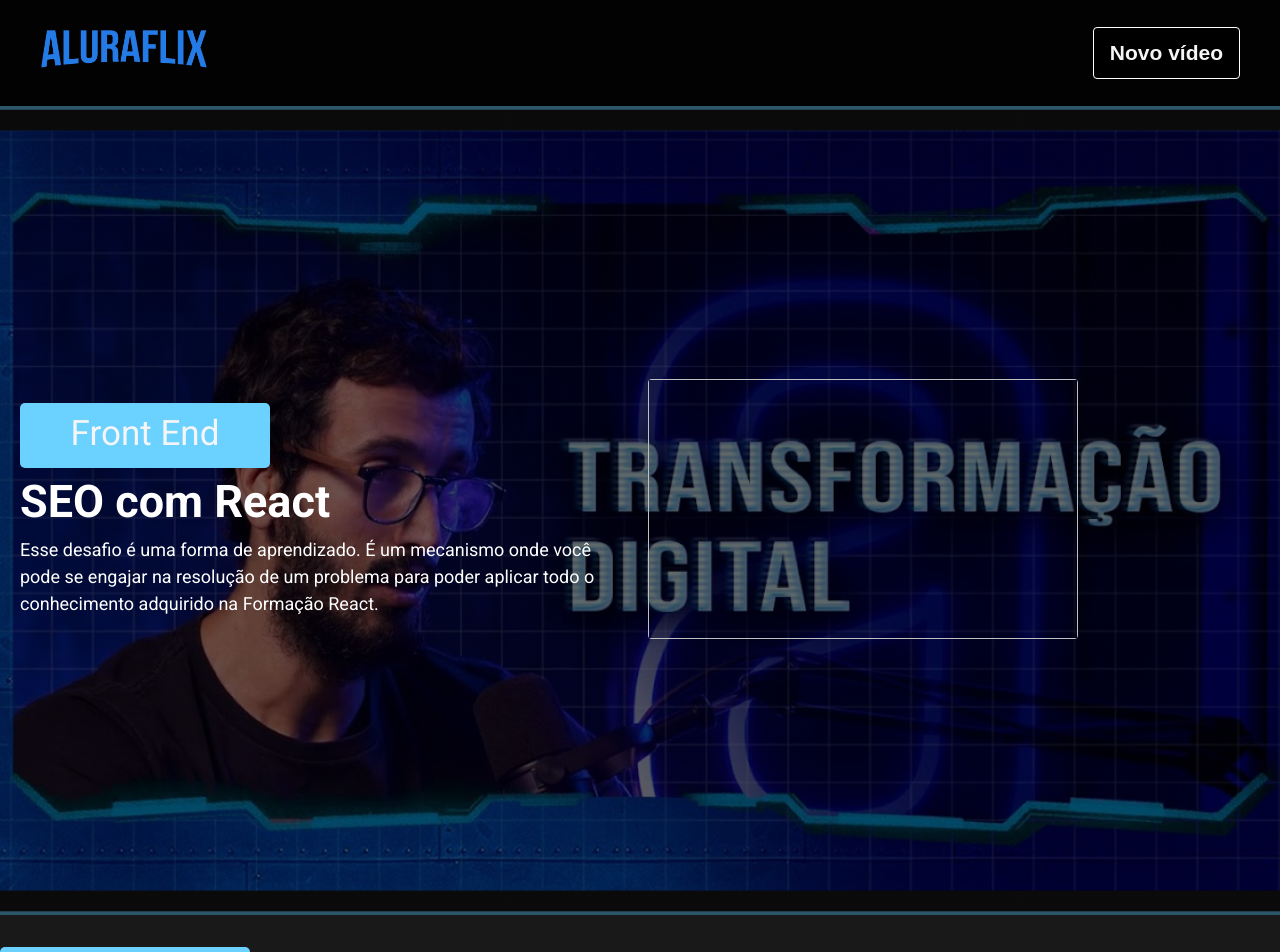
Repository: CarlosEduardoVdeOliveira/aluraflix
Page: /
An editor plug-in stored every save of this project. The page is shown before and after the next save, followed by the edit.
The browser window is 1280 px wide. The pictures show the part of the page from y = 0 to 952 px (the page is 3438 px tall).
Pictures or frames that could not be fetched are drawn as grey boxes. The project was rebuilt for these pictures with package versions that can differ from the ones it lists, and the page was loaded fresh each time. Also part of the build but not shown: vite.config.js, src/components/Input/Input.module.css, src/components/Input/index.jsx, src/components/TextArea/TextArea.module.css, src/components/TextArea/index.jsx, src/pages/RegisterVideo/Register.module.css, src/pages/RegisterVideo/index.jsx, src/components/Table/Table.module.css and 3 more.

Above is the page before, as saved 2023-09-26 10:44:46.

After the next save:
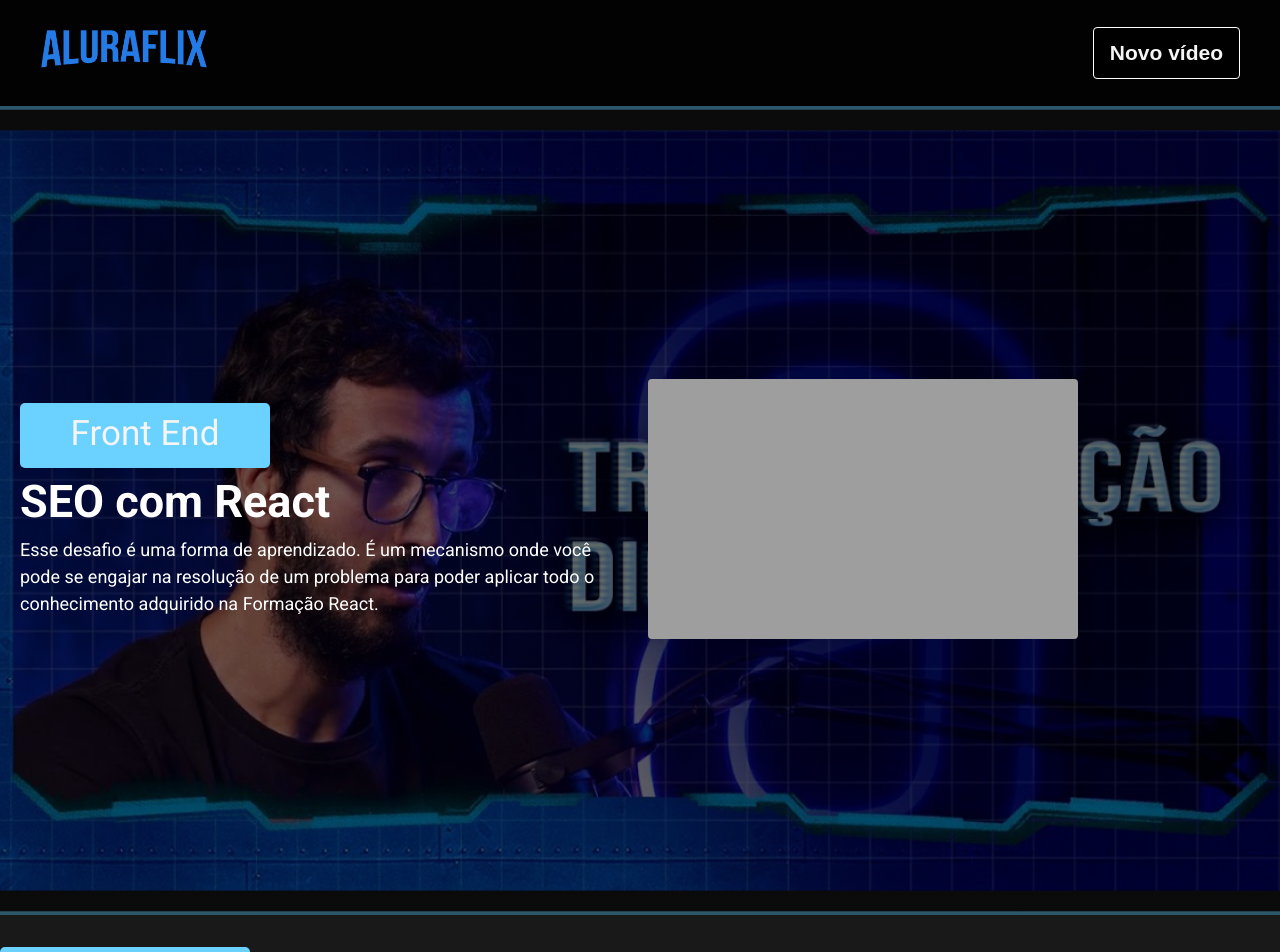
Saved 58 s later.
--- a/src/components/Banner/index.jsx
+++ b/src/components/Banner/index.jsx
@@ -27,7 +27,7 @@ export const Banner = ({banner}) => {
               para poder aplicar todo o conhecimento adquirido na Formação React.
             </p>
           </div>
-          <Card id={0} />
+          <Card {...videos[0]}  />
         </div>
         )
       }
